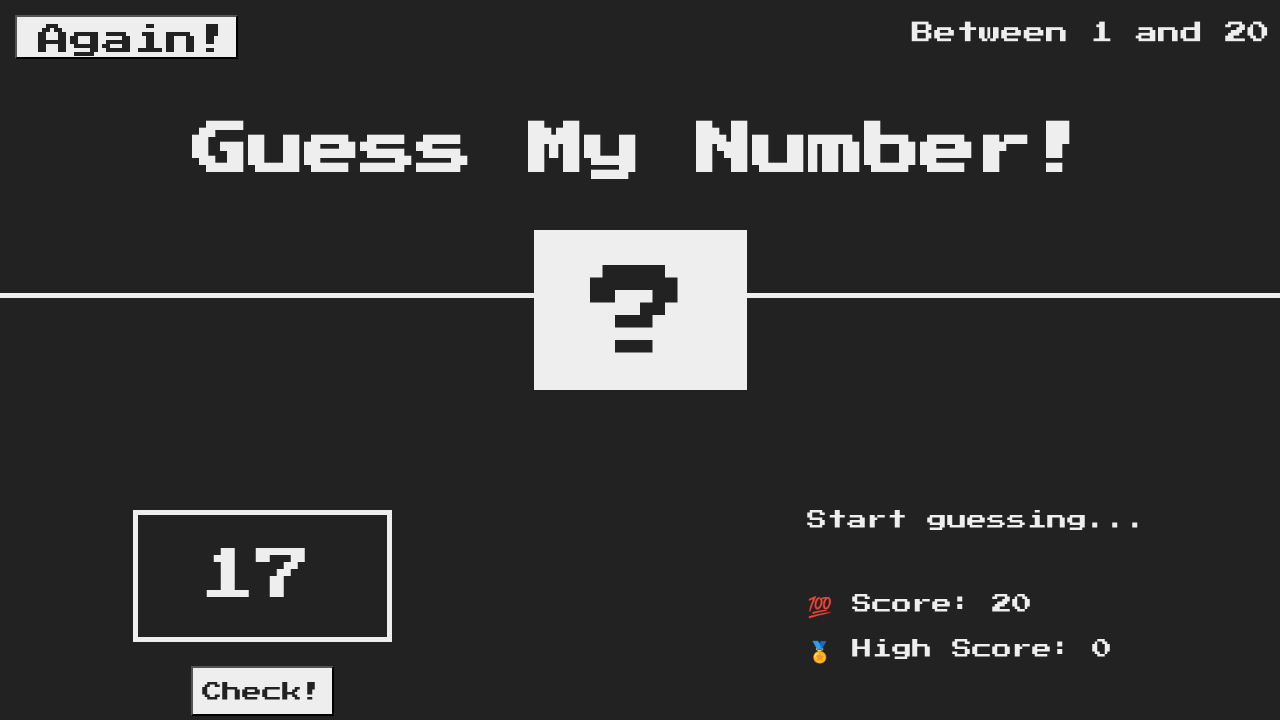
Repository: Aaryan-Poria/guess-the-number
Page: index.html
An editor plug-in stored every save of this project. The page is shown before and after the next save, followed by the edit.
The browser window is 1280 px wide. The pictures show the whole page.

Above is the page before, as saved 2023-08-18 22:17:32.

### index.html
<!DOCTYPE html>
<html lang="en">
  <head>
    <link rel="preconnect" href="https://fonts.googleapis.com" />
    <link rel="preconnect" href="https://fonts.gstatic.com" crossorigin />
    <link
      href="https://fonts.googleapis.com/css2?family=Press+Start+2P&display=swap"
      rel="stylesheet"
    />

    <meta charset="UTF-8" />
    <meta name="viewport" content="width=device-width, initial-scale=1.0" />
    <title>Guess My Number Game</title>
    <link rel="stylesheet" href="style.css" />
  </head>
  <body>
    <section class="page-top">
      <div class="header">
        <button class="btn again">Again!</button>
        <p class="between">Between 1 and 20</p>
      </div>
      <h3 class="guessText">Guess My Number!</h3>
    </section>
    <p class="number">?</p>
    <section class="page-bottom">
      <div class="interact">
        <label for="userInput">
          <input type="number" name="userInput" id="userInput" />
        </label>
        <button class="check">Check!</button>
      </div>
      <div class="text">
        <p class="startGuessing">Start guessing...</p>
        <p class="score">💯 Score: 20</p>
        <p class="highScore">🏅 High Score: 0</p>
      </div>
    </section>
    <script src="script.js"></script>
  </body>
</html>

### style.css
* {
  background-color: rgb(34, 34, 34);
  color: #eee;
  font-family: "Press Start 2P", cursive;
}

body {
  margin: 0;
  padding: 0;
  display: flex;
  flex-direction: column;
}
section.page-top {
  display: flex;
  flex-direction: column;
  justify-content: center;
  align-items: center;
  /* flex-grow: 1; */
  /* flex-shrink: 1; */
  flex-basis: 100%;
  border-bottom: 5px solid #eee;
  margin-bottom: -168px;
  padding-bottom: 58px;
}
div.header {
  display: flex;
  justify-content: space-between;
  align-items: flex-start;
  width: 100%;
}
.again {
  font-size: 2rem;
  padding-top: 7px;
  padding-left: 21px;
  background-color: #eee;
  color: rgb(34, 34, 34);
  display: flex;
  justify-content: center;
  align-items: center;
  margin-top: 15px;
  margin-left: 15px;
}
.between {
  display: flex;
  font-size: 1.4rem;
  padding-right: 10px;
  justify-content: center;
  align-items: center;
}
.guessText {
  font-size: 3.5rem;
}
p.number {
  color: rgb(34, 34, 34);
  background-color: #eee;
  display: flex;
  width: 213px;
  height: 150px;
  align-self: center;
  justify-content: center;
  align-items: center;
  font-size: 100px;
  padding-top: 10px;
}
section.page-bottom {
  display: flex;
  justify-content: space-around;
  align-items: flex-start;
  margin-top: 20px;
}
.interact {
  display: flex;
  flex-direction: column;
}
#userInput {
  border: 5px solid #eee;
  height: 120px;
  font-size: 3.5rem;
  width: 245px;
  text-indent: 60px;
}
.check {
  display: flex;
  font-size: 20px;
  background-color: #eee;
  color: rgb(34, 34, 34);
  width: 143px;
  height: 50px;
  margin-top: 24px;
  justify-content: center;
  align-self: center;
  padding-top: 14px;
}
.text {
  display: flex;
  flex-direction: column;
  font-size: 20px;
  margin-left: 150px;
}
.startGuessing {
  margin-top: 0px;
  padding-top: 0px;
}
.score {
  margin-top: 44px;
}
.highScore {
  margin-top: 0px;
}

### script.js
"use strict";

function generateRandomNumber() {
  return Math.trunc(Math.random() * 20) + 1;
}

const message = document.querySelector(".startGuessing").textContent;
//let usersInput = document.querySelector("#userInput").value;

let score = 20;
let highscore = 0;

const hiddenNumber = generateRandomNumber();

document.querySelector("#userInput").value = 17;
console.log(document.querySelector("#userInput").value);

After the next save:
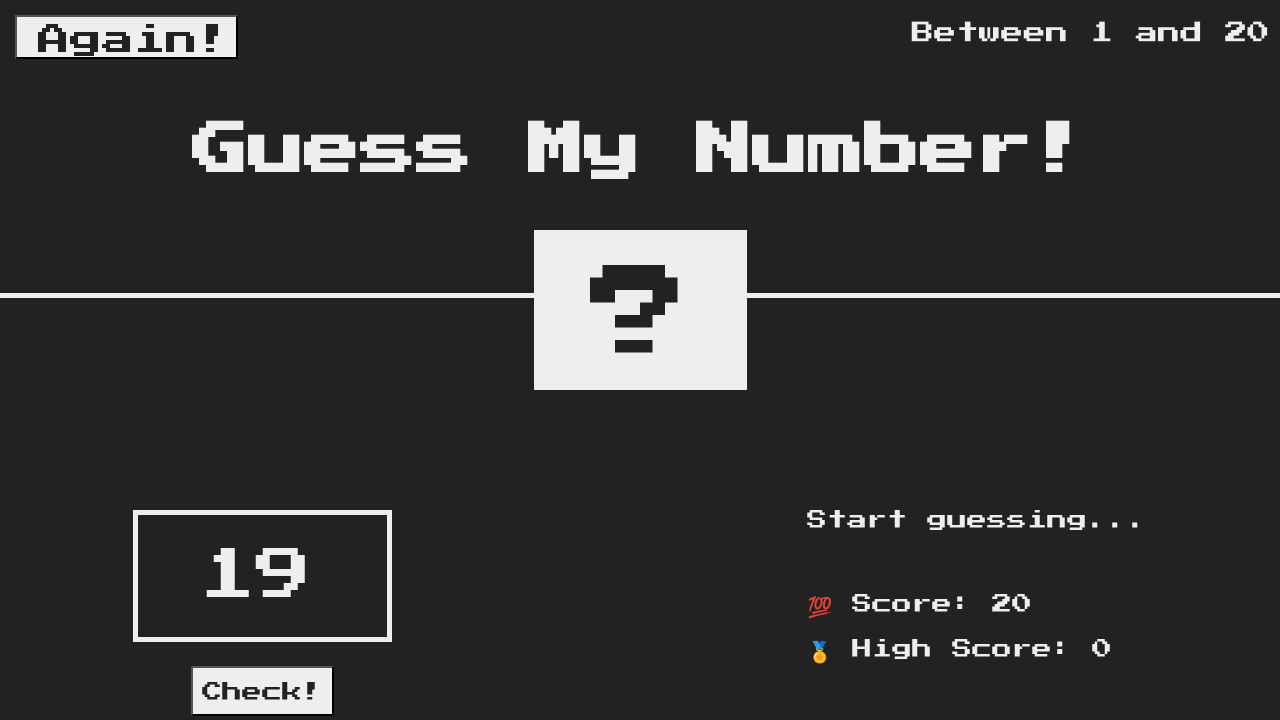
Saved 12 h 5 min later.
--- a/script.js
+++ b/script.js
@@ -12,5 +12,5 @@ let highscore = 0;
 
 const hiddenNumber = generateRandomNumber();
 
-document.querySelector("#userInput").value = 17;
+document.querySelector("#userInput").value = hiddenNumber;
 console.log(document.querySelector("#userInput").value);
